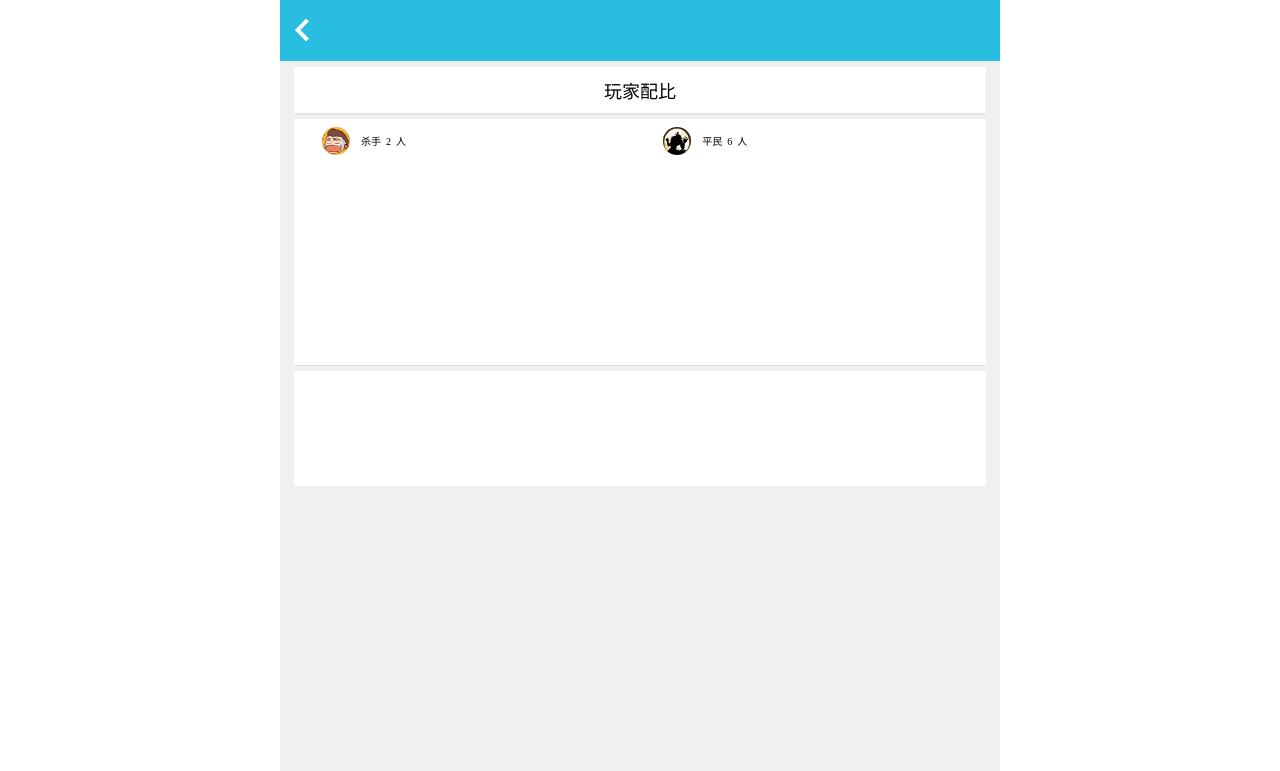
Repository: leozhangpd/My-Codes
Page: JS/two-project/deploy_page.html
The author's editor kept a copy of each file at every save. The page is drawn from the files as they stood at one save, then again after a run of saves.
The browser window is 1280 px wide. The pictures show the whole page.

Above is the page before, as saved 2020-11-09 16:53:15.

### JS/two-project/deploy_page.html
<!DOCTYPE html>
<html lang="en">
    <head>
        <meta charset="UTF-8">
        <meta name="viewport" content="width=device-width,initial-scale=1.0,maximum-scale=1.0,user-scalable=0" />
        <link rel="stylesheet" href="css/deploy_page.css" type="text/css">
        <title>匹配</title>
    </head>
    <body>
        <header>
            <a href='home_page.html'></a>
        </header>
        <main>
            <div class="title">玩家配比</div>
            <ul class="list">
                <li>
                    <img src="images/footman.png">
                    <span>杀手&nbsp;&nbsp;2&nbsp;&nbsp;人</span>
                </li>
                <li>
                    <img src="images/wolf.png">
                    <span>平民&nbsp;&nbsp;6&nbsp;&nbsp;人</span>
                </li>
            </ul>
            <div class="work-group"></div>
        </main>
        <footer></footer>
    </body>
</html>

### JS/two-project/css/deploy_page.css
ul{
    list-style-type: none;
    margin: 0;padding: 0;
}
button{
    outline: none;
    border:none;
}
html{
    font-size: 62.5%;
    background: #fff;
    height: 100vh;
}
body{
    height: 100%;
    margin:0 auto;
    padding-bottom: 4%;
    max-width: 720px;
    min-width: 320px;
    background: #f0f0f0;
}
header{
    padding: 3% 5% 3% 2.5%;
    background-color: #29bde0;
}
header>a{
    display: inline-block;
    padding: 8px;
    box-shadow: inset 4px -4px 0 0 #ffffff;
    transform: rotate(45deg);
}
header>button div{
    margin-top: .5rem;
    height: .3rem;
    background-color: #fff;
}
main{
    margin:0 auto;
    width: 96%;
}
main>*{background-color: #fff;}
.title{
    padding: 1rem 0;
    margin: .6rem 0;
    text-align: center;
    font-size: 1.8rem;
    font-weight: 540;
    box-shadow: 1px 2px 2px -1px rgb(218, 218, 218);
}
.list{
    height: 23rem;
    padding: 8px 0;
    box-shadow: 0 2px 0 -1px rgb(218, 218, 218);
}
.list>li{
    display: inline-block;
    width: 45%;
    margin-left: 4%;
}
.list img{
    float: left;
    width: 28px;
    border-radius: 50%;
}
.list>li>span{
    display: block;
    padding: 6px 0 0 39px;
}
.work-group{
    margin: .6rem 0;
    height: 11.5rem;
}

After the next 3 saves:
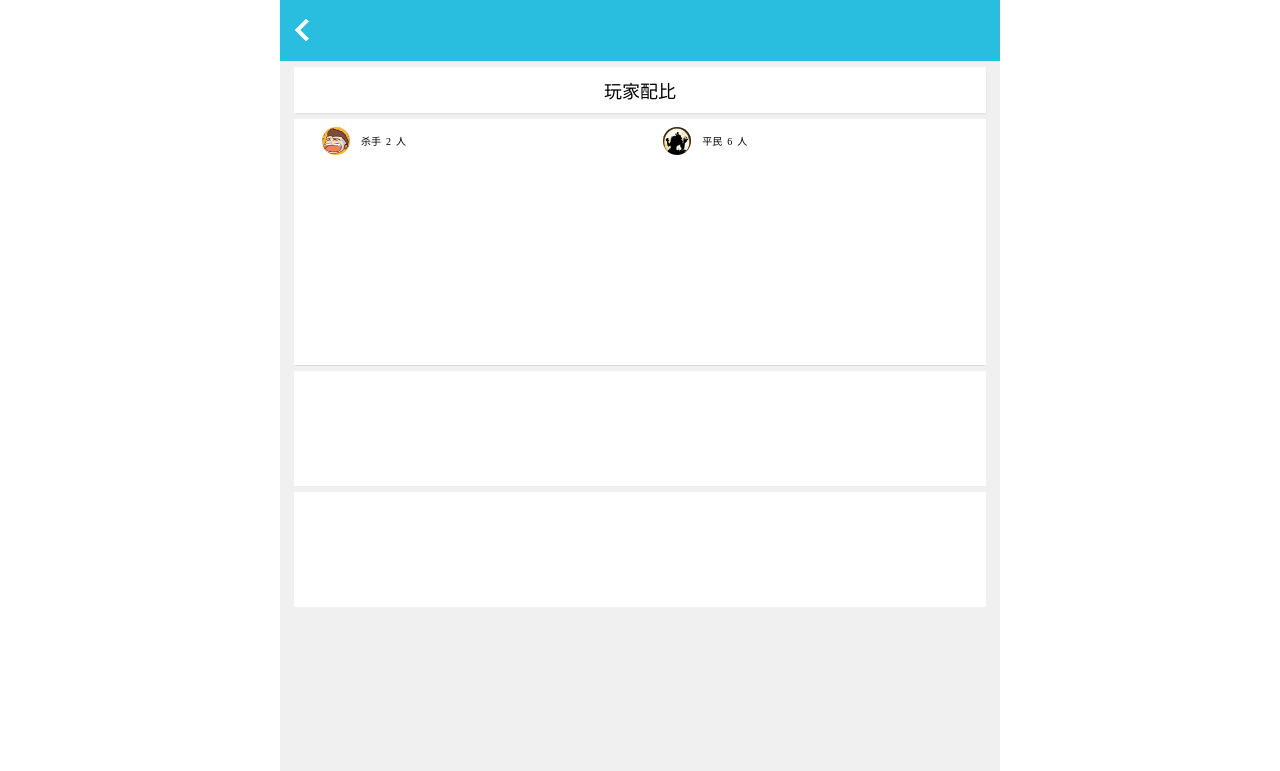
The 3 saves are shown as one change because they came seconds apart.
The last was saved 84 s later.
--- a/JS/two-project/deploy_page.html
+++ b/JS/two-project/deploy_page.html
@@ -23,6 +23,7 @@
                 </li>
             </ul>
             <div class="work-group"></div>
+            <div class="work-group"></div>
         </main>
         <footer></footer>
     </body>

After the 2 saves that followed:
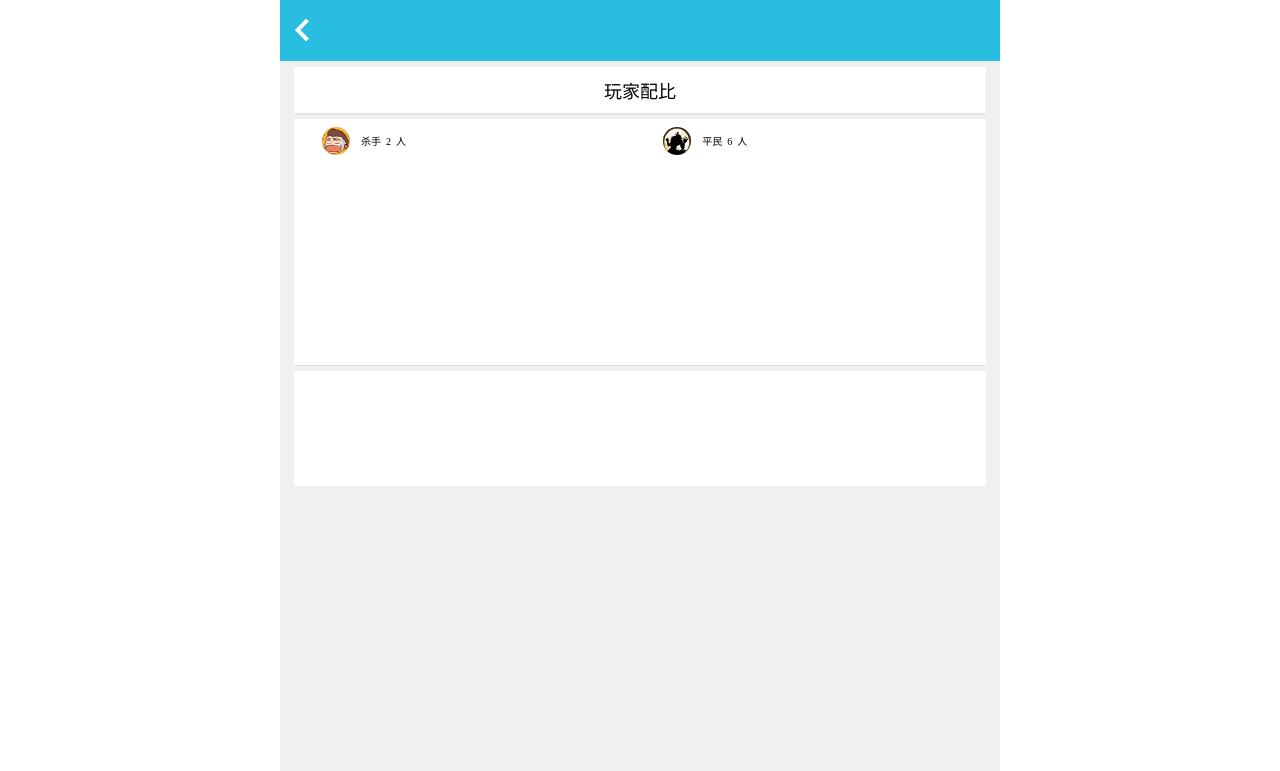
The 2 saves are shown as one change because they came seconds apart.
The last was saved 13 s later.
--- a/JS/two-project/deploy_page.html
+++ b/JS/two-project/deploy_page.html
@@ -23,7 +23,7 @@
                 </li>
             </ul>
             <div class="work-group"></div>
-            <div class="work-group"></div>
+            <div class="player-"></div>
         </main>
         <footer></footer>
     </body>
